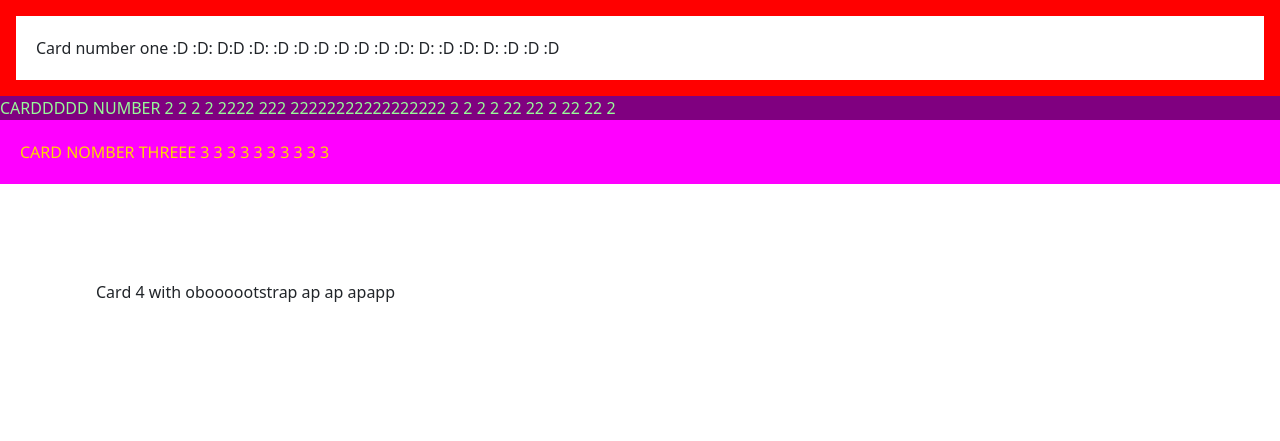
Repository: FbW-E01/spa-react-stylish-cards-gronger
Page: / (app in react-stuff/)
The author's editor kept a copy of each file at every save. The page is drawn from the files as they stood at one save, then again after the next save.
The browser window is 1280 px wide. The pictures show the whole page.
The project was rebuilt for these pictures with package versions that can differ from the ones it lists, and the page was loaded fresh each time.

Above is the page before, as saved 2021-07-14 13:58:06.

### react-stuff/src/index.js
import React from 'react';
import ReactDOM from 'react-dom';
import './main.scss';
import 'bootstrap/dist/css/bootstrap.min.css';


function CardOneInline() {
  const divStyle = {
    border: '16px solid red',
    padding: '20px',
  }

  return <div style={divStyle}>
    Card number one :D :D: D:D :D: :D :D :D :D :D :D :D: D: :D :D: D: :D :D :D
  </div>
}

function CardTwoClass() {
  let className = 'purpleClass';

  return <div className={className}>
    CARDDDDD NUMBER 2 2 2 2 2222 222 22222222222222222 2 2 2 2 22 22 2 22 22  2
  </div>
}

function CardThreeScssClass() {
  return <div className='class-3'>
    CARD NOMBER THREEE 3 3 3 3 3 3 3 3 3 3
  </div>
}

function CardFourBootstrap() {
  return <div className="p-5 m-5 warning">
    Card 4 with oboooootstrap ap ap apapp
  </div>
}

ReactDOM.render(
  <div className="wrapper">
    <CardOneInline />
    <CardTwoClass />
    <CardThreeScssClass />
    <CardFourBootstrap />
  </div>

  , document.getElementById('root')
);

### react-stuff/src/main.scss
.wrapper {
    .class-3 {
        background-color: fuchsia;
        color: gold;
        font-family: 'Segoe UI', Tahoma, Geneva, Verdana, sans-serif;
        margin: auto;
        padding: 20px;
    }
    .purpleClass {
        color: palegreen;
        background-color: purple;
    }
}

Loaded but not shown: react-stuff/public/index.html (common file)

After the next save:
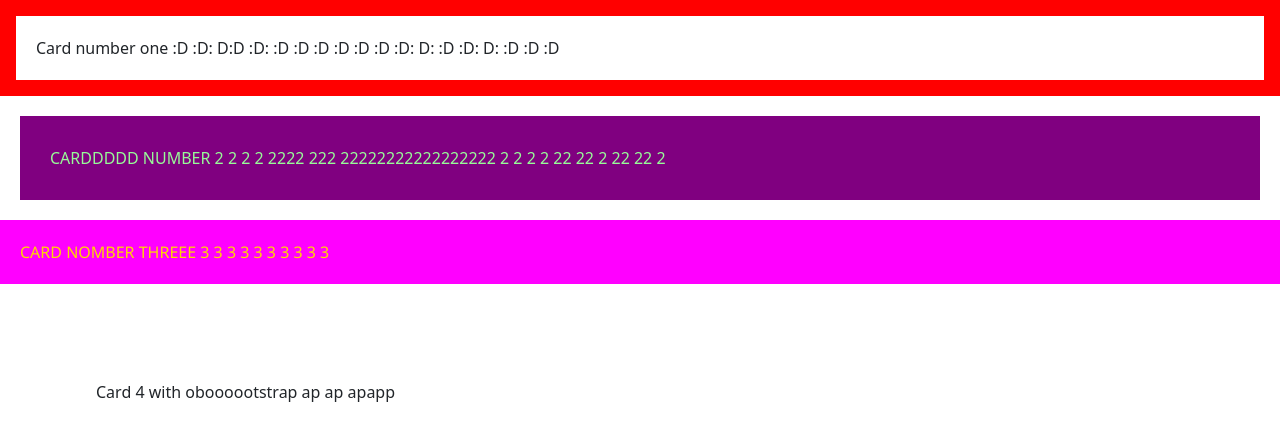
Saved 9 s later.
--- a/react-stuff/src/main.scss
+++ b/react-stuff/src/main.scss
@@ -9,5 +9,7 @@
     .purpleClass {
         color: palegreen;
         background-color: purple;
+        padding: 30px;
+        margin: 20px;
     }
 }
